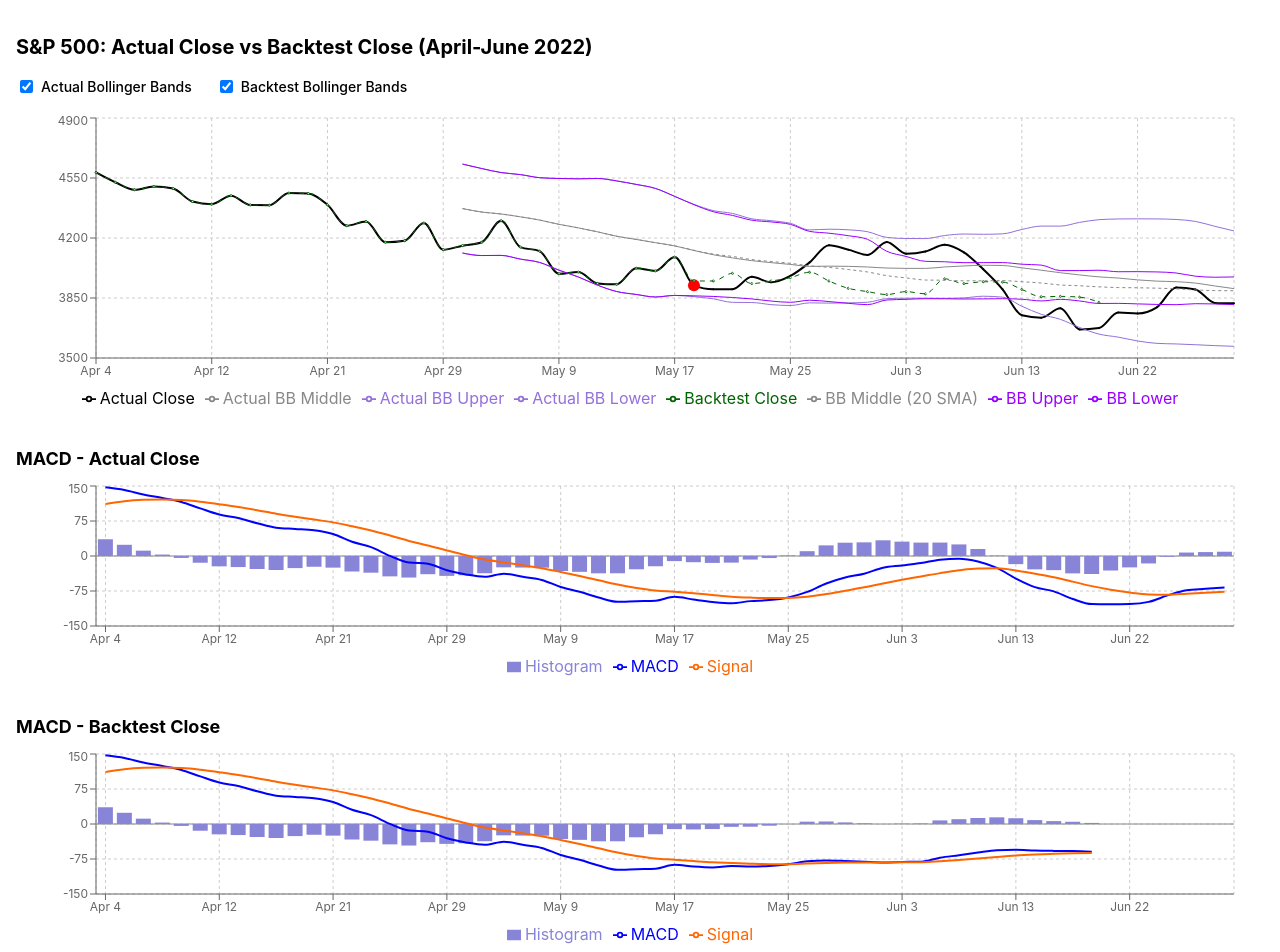
Repository: projecthamburg/daily-trading-roadmap
Page: /
An editor plug-in stored every save of this project. The page is shown before and after the next save, followed by the edit.
The browser window is 1280 px wide. The pictures show the part of the page from y = 0 to 952 px (the page is 1401 px tall).
The project was rebuilt for these pictures with package versions that can differ from the ones it lists, and the page was loaded fresh each time.

Above is the page before, as saved 2025-03-05 22:13:30.

After the next save:
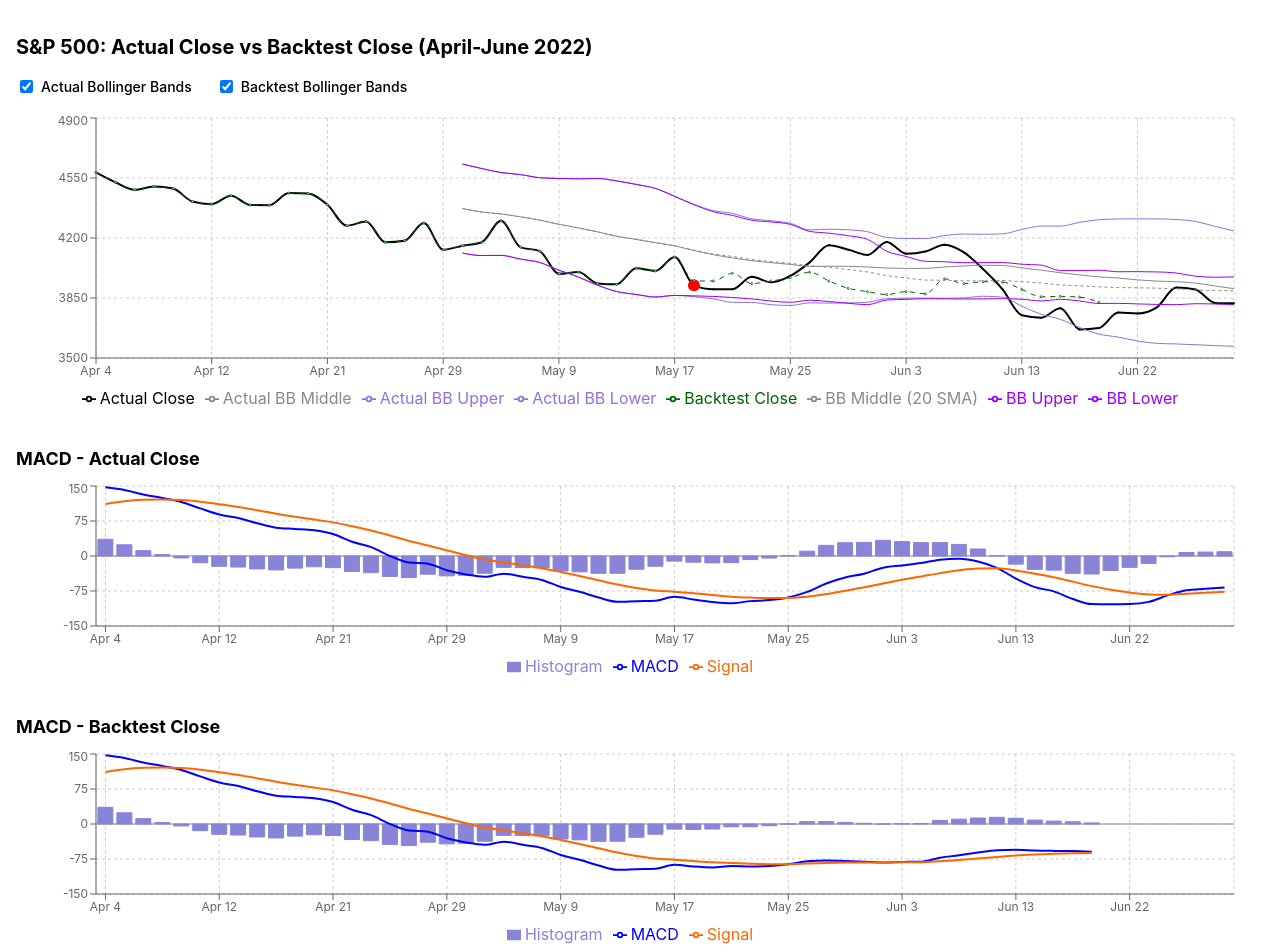
Saved 6 min 46 s later.
--- a/src/stock-chart-dashboard.tsx
+++ b/src/stock-chart-dashboard.tsx
@@ -489,7 +489,7 @@
             <Bar
               dataKey="closeHistogram"
               fill="#8884d8"
-              stroke={(entry) => getBarColor(entry, 'closeHistogram')}
+              stroke="#8884d8"
               name="Histogram"
             />
             <Line
@@ -547,7 +547,7 @@
             <Bar
               dataKey="backtestHistogram"
               fill="#8884d8"
-              stroke={(entry) => getBarColor(entry, 'backtestHistogram')}
+              stroke="#8884d8"
               name="Histogram"
             />
             <Line
